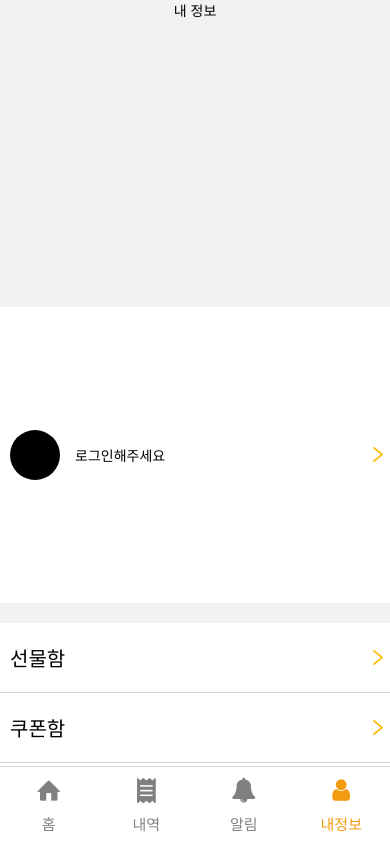
Repository: Unique0902/GachiDutch
Screen: /User
These files come from the project's save history. The screen is drawn as it stood at one moment and after the next save; the edit follows.
The app was drawn by React Native's web renderer in a window 390 px wide. The project was rebuilt for these pictures with package versions that can differ from the ones it lists, and the page was loaded fresh each time. Some packages were replaced by stand-ins written for this rebuild. Also part of the build but not shown: sources/components/lowBar/lowBar.jsx, sources/components/taxi/taxi.jsx, sources/components/alarm/alert.js, sources/components/alarm/alarm.jsx, sources/components/dutch_history/dutch_history.jsx, sources/components/dutchpay_historys/dutchpay_historys.jsx, sources/components/delivery_historys/delivery_historys.jsx, sources/components/taxi_historys/taxi_historys.jsx and 3 more.

Above is the screen before, as saved 2022-11-11 17:01:39.

### App.js
import React from 'react';
import { StyleSheet, Text, View, Image } from 'react-native';
import Home from './sources/components/home/home';
import { NavigationContainer } from '@react-navigation/native';
import { createNativeStackNavigator } from '@react-navigation/native-stack';
import Taxi from './sources/components/taxi/taxi';
import Main from './sources/routes/main/main';
import Login from './sources/routes/login/login';
import HttpClient from './sources/network/http.js';
import ReceiptService from './sources/services/receipt.js';
import Ready from './sources/components/ready/ready';

const Stack = createNativeStackNavigator();
const baseURL = 'https://dutch-server.herokuapp.com';
const httpClient = new HttpClient(baseURL);
const receiptService = new ReceiptService(baseURL);

export default function App() {
  return (
    <>
      <NavigationContainer>
        <Stack.Navigator screenOptions={{ headerShown: false }}>
          <Stack.Screen
            name='Main'
            children={({ navigation, route }) => (
              <Main
                receiptService={receiptService}
                navigation={navigation}
                route={route}
              />
            )}
          />
          <Stack.Screen name='Taxi' component={Taxi} />
          <Stack.Screen name='Login' component={Login} />
          <Stack.Screen name='Ready' component={Ready} />
        </Stack.Navigator>
      </NavigationContainer>
    </>
  );
}

const styles = StyleSheet.create({
  header: {
    flexDirection: 'row',
    alignItems: 'center',
    justifyContent: 'space-between',
    margin: 25,
  },
  main: {},
  container: {
    flex: 1,
    backgroundColor: '#fff',
    alignItems: 'center',
    justifyContent: 'center',
  },
  logo: {
    width: 150,
    height: 30,
  },
});

### sources/components/home/home.jsx
import React, { useRef, useState, useEffect } from 'react';
import {
  StyleSheet,
  Text,
  View,
  Image,
  Button,
  Pressable,
  ScrollView,
  Dimensions,
} from 'react-native';
import { Entypo } from '@expo/vector-icons';
import { FontAwesome } from '@expo/vector-icons';
import { FontAwesome5 } from '@expo/vector-icons';
import LowBar from '../lowBar/lowBar';
import { isLogin, getUid } from '../../services/asyncstorage';
import { StatusBar } from 'react-native';

const Home = ({ login, setLogin, navigation, setUserData, userData }) => {
  const [scrollNum, setScrollNum] = useState(1);
  const windowWidth = Dimensions.get('window').width;
  const statusBarHeight = StatusBar.currentHeight;
  const headerStyle = {
    marginTop: statusBarHeight,
  };
  let advertisementWidth = windowWidth - 40;
  const scrollWidth = parseInt(advertisementWidth);
  let scrollLeft = 0;

  const advertisementStyle = () => {
    return {
      width: advertisementWidth,
    };
  };
  const pageCircleStyle = (num) => {
    if (scrollNum === num) {
      return {
        color: '#FB9700',
      };
    } else {
      return {
        color: '#FFFDD1',
      };
    }
  };
  const scrollRef = useRef();
  return (
    <View style={[styles.home, headerStyle]}>
      <View style={styles.top}>
        <View style={styles.header}>
          <Image
            source={require('../../images/dutch_logo.png')}
            style={styles.logo}
          />
          <Pressable
            onPress={() => {
              navigation.navigate('Ready');
            }}
          >
            <Entypo name='menu' size={35} color='black' />
          </Pressable>
        </View>
        <View style={styles.mainTop}>
          {login ? (
            <View style={styles.onLogin}>
              <Text style={styles.onLoginText}>
                {userData && userData.name}님 반가워요!
              </Text>
            </View>
          ) : (
            <View style={styles.login}>
              <View style={styles.loginTop}>
                <Pressable
                  style={styles.loginBtn}
                  onPress={() =>
                    navigation.navigate('Login', { setLogin, setUserData })
                  }
                >
                  <Text style={[styles.loginText, styles.loginBtnText]}>
                    로그인
                  </Text>
                </Pressable>
                <Text style={styles.loginText}>하시고</Text>
              </View>
              <Text style={styles.loginText}>다양한 혜택을 만나 보세요!</Text>
            </View>
          )}
          <View style={styles.advertisementBox}>
            <ScrollView
              horizontal
              pagingEnabled
              contentContainerStyle={styles.advertisementScroll}
              ref={scrollRef}
              onScroll={(e) => {
                scrollLeft = parseInt(e.nativeEvent.contentOffset.x);
                if (scrollLeft % scrollWidth < 10) {
                  setScrollNum(parseInt(scrollLeft / scrollWidth + 1));
                }
              }}
              scrollEventThrottle={100}
              showsHorizontalScrollIndicator={false}
            >
              <Pressable
                style={[styles.advertisement, advertisementStyle()]}
                onPress={() => {
                  navigation.navigate('Ready');
                }}
              >
                <Image
                  source={require('../../images/advertisement_img.png')}
                  style={styles.advertisementImg}
                />
                <Text style={styles.advertisementText}>
                  같이 더치로{'\n'}편리하게 이용하세요
                </Text>
              </Pressable>
              <Pressable
                style={[styles.advertisement, advertisementStyle()]}
                onPress={() => {
                  navigation.navigate('Ready');
                }}
              >
                <Image
                  source={require('../../images/advertisement_img.png')}
                  style={styles.advertisementImg}
                />
                <Text style={styles.advertisementText}>
                  같이 더치로{'\n'}편리하게 이용하세요
                </Text>
              </Pressable>
              <Pressable
                style={[styles.advertisement, advertisementStyle()]}
                onPress={() => {
                  navigation.navigate('Ready');
                }}
              >
                <Image
                  source={require('../../images/advertisement_img.png')}
                  style={styles.advertisementImg}
                />
                <Text style={styles.advertisementText}>
                  같이 더치로{'\n'}편리하게 이용하세요
                </Text>
              </Pressable>
              <Pressable
                style={[styles.advertisement, advertisementStyle()]}
                onPress={() => {
                  navigation.navigate('Ready');
                }}
              >
                <Image
                  source={require('../../images/advertisement_img.png')}
                  style={styles.advertisementImg}
                />
                <Text style={styles.advertisementText}>
                  같이 더치로{'\n'}편리하게 이용하세요
                </Text>
              </Pressable>
            </ScrollView>
            <View style={styles.pageCircles}>
              <FontAwesome
                style={[styles.pageCircle, pageCircleStyle(1)]}
                name='circle'
                size={10}
                color='white'
              />
              <FontAwesome
                style={[styles.pageCircle, pageCircleStyle(2)]}
                name='circle'
                size={10}
                color='white'
              />
              <FontAwesome
                style={[styles.pageCircle, pageCircleStyle(3)]}
                name='circle'
                size={10}
                color='white'
              />
              <FontAwesome
                style={[styles.pageCircle, pageCircleStyle(4)]}
                name='circle'
                size={10}
                color='white'
              />
            </View>
          </View>
        </View>
      </View>
      <Pressable
        style={styles.event}
        onPress={() => {
          navigation.navigate('Ready');
        }}
      >
        <View>
          <Text style={[styles.eventText, { fontSize: 20 }]}>
            이벤트 {'   '}|
          </Text>
        </View>
        <Text style={[styles.eventText, { fontSize: 15, marginLeft: 20 }]}>
          같이더치 월 결제로 10% 할인받자!
        </Text>
        <Text style={[styles.eventText, { fontSize: 20, marginLeft: 20 }]}>
          {'>'}
        </Text>
      </Pressable>

      <View style={styles.mainBottom}>
        <View style={styles.categories}>
          <View style={styles.topBtns}>
            <View style={styles.btnShadow}>
              <Pressable
                style={styles.goodsBtn}
                onPress={() => {
                  if (login) {
                    navigation.navigate('Taxi', { userData });
                  } else {
                    navigation.navigate('Login', { setLogin, setUserData });
                  }
                }}
              >
                <Image
                  source={require('../../images/taxi_img.png')}
                  style={styles.taxiImg}
                />
                <Text style={[styles.goodText, { marginTop: 20 }]}>택시</Text>
              </Pressable>
            </View>
            <View style={styles.btnShadow}>
              <Pressable
                style={styles.goodsBtn}
                onPress={() => {
                  navigation.navigate('Ready');
                }}
              >
                <Image
                  source={require('../../images/delivery_img.png')}
                  style={styles.taxiImg}
                />
                <Text style={[styles.goodText, { marginTop: 20 }]}>배달</Text>
              </Pressable>
            </View>
          </View>
          <View style={styles.downBtns}>
            <View style={styles.btnShadow}>
              <Pressable
                style={styles.downGoodsBtn}
                onPress={() => {
                  navigation.navigate('Ready');
                }}
              >
                <Image
                  source={require('../../images/taxi_human_img.png')}
                  style={styles.peopleImg}
                />
                <Text
                  style={[styles.goodText, { marginRight: 20, marginLeft: 20 }]}
                >
                  지인끼리
                </Text>
                <Image
                  source={require('../../images/location_img.png')}
                  style={styles.peopleImg}
                />
              </Pressable>
            </View>
          </View>
        </View>
      </View>
    </View>
  );
};

export default Home;

const styles = StyleSheet.create({
  home: {
    flex: 1,
    flexDirection: 'column',
  },
  loginText: {
    paddingVertical: 5,
  },
  header: {
    flexDirection: 'row',
    alignItems: 'center',
    justifyContent: 'space-between',
    margin: 0,
    flex: 1,
  },
  mainTop: {
    flex: 6,
  },
  top: {
    flex: 6,
    padding: 20,
  },
  loginBtn: {},
  login: {
    flex: 2,
    marginTop: 15,
  },
  onLogin: {
    flex: 2,
    marginTop: 15,
  },
  onLoginText: {
    marginTop: 10,
    fontSize: 25,
    fontWeight: '600',
    color: '#444444',
  },
  loginTop: {
    flexDirection: 'row',
    alignItems: 'center',
  },
  loginText: {
    fontSize: 18,
    color: '#444444',
  },
  loginBtnText: {
    color: '#F39910',
    textDecorationLine: 'underline',
    textDecorationStyle: 'solid',
    textDecorationColor: '#000',
  },
  mainBottom: {
    flex: 6,
    padding: 15,
  },
  advertisementScroll: {
    borderRadius: 15,
    position: 'relative',
  },
  advertisementBox: {
    flex: 4,
  },
  advertisement: {
    backgroundColor: '#FBBA00',
    borderRadius: 15,
    position: 'relative',
  },
  advertisementText: {
    color: 'white',
    fontSize: 20,
    fontWeight: '800',
    marginLeft: 30,
    marginTop: 25,
  },
  advertisementImg: {
    width: '100%',
    height: '87%',
    position: 'absolute',
    borderRadius: 20,
    bottom: 0,
  },
  pageCircles: {
    flexDirection: 'row',
    position: 'absolute',
    alignItems: 'center',
    bottom: 4,
    left: 140,
  },
  pageCircle: {
    marginLeft: 3,
    marginRight: 3,
  },
  event: {
    flex: 1,
    backgroundColor: '#3C4451',
    flexDirection: 'row',
    justifyContent: 'center',
    alignItems: 'center',
  },
  categories: {
    flex: 1,
  },
  topBtns: {
    flexDirection: 'row',
    flex: 3,
  },
  downBtns: {
    flex: 2,
  },
  goodsBtn: {
    borderRadius: 20,
    backgroundColor: 'white',
    width: '100%',
    height: '100%',
    alignItems: 'center',
    justifyContent: 'center',
  },
  downGoodsBtn: {
    borderRadius: 20,
    backgroundColor: 'white',
    width: '100%',
    height: '100%',
    flexDirection: 'row',
    justifyContent: 'center',
    alignItems: 'center',
  },
  goodText: {
    fontSize: 20,
    fontWeight: '600',
  },
  btnShadow: {
    flex: 1,
    shadowOffset: {
      width: 0,
      height: 1,
    },
    shadowOpacity: 0.18,
    borderRadius: 20,
    shadowRadius: 1.0,
    elevation: 1,
    margin: 5,
  },
  eventText: {
    color: 'white',
  },
  taxiImg: {
    width: 90,
    height: 90,
  },
  peopleImg: {
    width: 60,
    height: 67,
  },
  logo: {
    width: 150,
    height: 30,
  },
});

### sources/routes/main/main.jsx
import React, { useEffect, useRef, useState } from 'react';
import { View, Button, Text } from 'react-native';
import Home from '../../components/home/home';
import LowBar from '../../components/lowBar/lowBar';
import User from '../../components/user/user';
import Alarm from '../../components/alarm/alarm';
import Receipt from '../../components/receipt/receipt';
import { createBottomTabNavigator } from '@react-navigation/bottom-tabs';
import { Entypo } from '@expo/vector-icons';
import { FontAwesome } from '@expo/vector-icons';
import { FontAwesome5 } from '@expo/vector-icons';
import { isLogin, matchUserData } from '../../services/asyncstorage';

const Tab = createBottomTabNavigator();

const Main = ({ receiptService, navigation, route }) => {
  const [login, setLogin] = useState(false);
  const [userData, setUserData] = useState(null);
  useEffect(() => {
    isLogin().then((result) => {
      if (result) {
        setLogin(true);
        console.log('로그인 되어있음!');
        matchUserData(setUserData);
      } else {
        setLogin(false);
        console.log('로그인 안되어있음!');
      }
    });
  }, [login]);
  return (
    <>
      <View style={{ flex: 14 }}>
        <Tab.Navigator
          screenOptions={({ route }) => ({
            tabBarIcon: ({ color, size }) => {
              if (route.name === 'Home') {
                return <Entypo name='home' size={size} color={color} />;
              } else if (route.name === 'Receipt') {
                return (
                  <FontAwesome5 name='receipt' size={size} color={color} />
                );
              } else if (route.name === 'Alarm') {
                return <FontAwesome name='bell' size={size} color={color} />;
              } else if (route.name === 'User') {
                return <FontAwesome name='user' size={size} color={color} />;
              }
            },
            tabBarStyle: { flex: 0.1 },
            tabBarLabelStyle: {
              fontSize: 15,
              marginBottom: 10,
              fontWeight: '500',
            },
            tabBarActiveTintColor: '#F49A11',
            tabBarInactiveTintColor: 'gray',
            headerShown: false,
          })}
        >
          <Tab.Screen
            name='Home'
            options={({ route, navigation }) => {
              return { tabBarLabel: '홈' };
            }}
            children={({ navigation }) => (
              <Home
                login={login}
                setLogin={setLogin}
                navigation={navigation}
                setUserData={setUserData}
                userData={userData}
              />
            )}
          />
          <Tab.Screen
            name='Receipt'
            options={({ route, navigation }) => {
              return { tabBarLabel: '내역' };
            }}
            children={({ navigation, route }) => (
              <Receipt
                login={login}
                navigation={navigation}
                receiptService={receiptService}
                userData={userData}
                route={route}
              />
            )}
          />
          <Tab.Screen
            options={({ route, navigation }) => {
              return { tabBarLabel: '알림' };
            }}
            name='Alarm'
            children={({ navigation }) => (
              <Alarm login={login} navigation={navigation} />
            )}
          />
          <Tab.Screen
            options={({ route, navigation }) => {
              return { tabBarLabel: '내정보' };
            }}
            name='User'
            children={({ navigation }) => (
              <User
                login={login}
                setLogin={setLogin}
                navigation={navigation}
                setUserData={setUserData}
                userData={userData}
              />
            )}
          />
        </Tab.Navigator>
      </View>
    </>
  );
};

export default Main;

### sources/network/http.js
export default class HttpClient {
  constructor(baseURL) {
    this.baseURL = baseURL;
  }

  async fetch(url, options) {
    const res = await fetch(`${this.baseURL}${url}`, {
      ...options,
      headers: {
        'Content-Type': 'application/json',
        ...options.headers,
      },
    });
    let data;
    try {
      data = await res.json();
    } catch (error) {
      console.error(error);
    }

    if (res.status > 299 || res.status < 200) {
      const message =
        data && data.message ? data.message : 'Something went wrong! 🤪';
      const error = new Error(message);
      throw error;
    }
    return data;
  }
}

### sources/services/receipt.js
export default class ReceiptService {
  constructor(http) {
    this.http = http;
  }

  getTexiHistorys = async (userId) => {
    return await fetch(`${this.http}/receipt/all/${userId}`, {
      method: 'GET',
    });
  };
}

### sources/services/asyncstorage.js
import AsyncStorage from '@react-native-async-storage/async-storage';

export const isLogin = async () => {
  try {
    const loginDatas = await AsyncStorage.getItem('loginDatas');
    console.log(loginDatas);
    if (loginDatas) {
      return true;
    } else {
      return false;
    }
  } catch (e) {
    console.error(e);
  }
};

export const logout = async () => {
  try {
    await AsyncStorage.removeItem('loginDatas');
  } catch (error) {
    console.error(error);
  }
};

export const getRefreshToken = async () => {
  try {
    const loginDatas = await AsyncStorage.getItem('loginDatas');
    if (loginDatas) {
      return JSON.parse(loginDatas).refreshToken;
    }
  } catch (e) {
    console.error(e);
  }
};

export const getUid = async () => {
  try {
    const loginDatas = await AsyncStorage.getItem('loginDatas');
    if (loginDatas) {
      return JSON.parse(loginDatas).uid;
    }
  } catch (e) {
    console.error(e);
  }
};

export const matchUserData = async (setUserData) => {
  try {
    const loginDatas = await AsyncStorage.getItem('loginDatas');
    if (loginDatas) {
      return setUserData(JSON.parse(loginDatas));
    }
  } catch (e) {
    console.error(e);
  }
};

### sources/components/user/user.jsx
import React, { useEffect, useRef, useState } from 'react';
import { StatusBar } from 'react-native';
import {
  StyleSheet,
  Text,
  View,
  Pressable,
  ScrollView,
  Image,
} from 'react-native';
import { AntDesign } from '@expo/vector-icons';
import { isLogin, logout } from '../../services/asyncstorage';

export default function User({
  login,
  setLogin,
  navigation,
  setUserData,
  userData,
}) {
  const statusBarHeight = StatusBar.currentHeight;
  const headerStyle = {
    marginTop: statusBarHeight,
  };
  const onProfilePress = () => {
    console.log('profile pressed');
  };
  const onProfileInfoPress = () => {
    if (login) {
    } else {
      navigation.navigate('Login', { setLogin: setLogin });
    }
  };
  useEffect(() => {
    console.log(login);
  }, []);
  return (
    <View style={styles.container}>
      <View style={[styles.header, headerStyle]}>
        <Text>내 정보</Text>
      </View>
      <Pressable style={styles.profileBtn}>
        <Pressable onPress={onProfilePress}>
          <Image style={styles.profileImage} />
        </Pressable>
        <View style={styles.profileName}>
          {login ? (
            <>
              <Text style={styles.nameText}>{userData && userData.name}</Text>
            </>
          ) : (
            <>
              <Text>로그인해주세요</Text>
            </>
          )}
        </View>
        <AntDesign style={styles.enter} name='right' size={20} />
      </Pressable>
      {/* <Pressable
          style={{
            flexDirection: 'column',
            alignItems: 'flex-end',
            marginBottom: 15,
          }}
        >
          <View style={{ flexDirection: 'row' }}>
            <Text>*** </Text>
            <Text>Point</Text>
            <AntDesign name='right' size={24} color='black' />
          </View>
        </Pressable> */}

      <ScrollView style={styles.menus}>
        {/* <Pressable style={styles.enterMenu}>
          <Text style={styles.menuText}>주문내역</Text>
          <AntDesign name='right' size={24} color='black' />
        </Pressable> */}
        <Pressable style={styles.enterMenu}>
          <Text style={styles.menuText}>선물함</Text>
          <AntDesign style={styles.enter} name='right' size={20} />
        </Pressable>
        <Pressable style={styles.enterMenu}>
          <Text style={styles.menuText}>쿠폰함</Text>
          <AntDesign style={styles.enter} name='right' size={20} />
        </Pressable>
        <Pressable style={styles.enterMenu}>
          <Text style={styles.menuText}>환경설정</Text>
          <AntDesign style={styles.enter} name='right' size={20} />
        </Pressable>
        <Pressable style={styles.enterMenu}>
          <Text style={styles.menuText}>친구목록</Text>
          <AntDesign style={styles.enter} name='right' size={20} />
        </Pressable>
        {login && (
          <Pressable style={styles.logoutBtn}>
            <Text
              style={styles.logoutText}
              onPress={() => {
                logout().then(() => {
                  setLogin(false);
                  console.log('로그아웃됨!');
                  setUserData(null);
                  navigation.navigate('Main', { screen: 'Home' });
                });
              }}
            >
              로그아웃
            </Text>
          </Pressable>
        )}
      </ScrollView>
    </View>
    //내정보
  );
}

const styles = StyleSheet.create({
  container: {
    flex: 1,
  },
  header: {
    fontSize: 22,
    fontWeight: '600',
    flex: 2,
    alignSelf: 'center',
  },
  enterMenu: {
    justifyContent: 'space-between',
    alignItems: 'center',
    flexDirection: 'row',
    padding: 20,
    paddingHorizontal: 10,
    borderBottomColor: 'lightgray',
    borderBottomWidth: 1,
    borderStyle: 'solid',
  },
  menus: {
    flex: 2,
    backgroundColor: 'white',
    marginTop: 20,
  },
  menuText: {
    fontSize: 20,
    fontWeight: '500',
  },
  nameText: {
    fontSize: 20,
    fontWeight: '600',
  },
  profileImage: {
    width: 50,
    height: 50,
    borderRadius: 100,
    backgroundColor: 'black',
  },
  infoArea: {
    flexDirection: 'column',
  },
  infoText: {
    fontSize: 24,
    fontWeight: '500',
  },
  profileBtn: {
    flex: 2,
    marginTop: 20,
    padding: 5,
    paddingHorizontal: 10,
    flexDirection: 'row',
    alignItems: 'center',
    backgroundColor: 'white',
  },
  logoutText: {
    fontSize: 20,
    fontWeight: '500',
    color: 'red',
  },
  profileName: {
    marginLeft: 15,
  },
  enter: {
    position: 'absolute',
    right: 2,
    color: '#FBBA00',
  },
});

Loaded but not shown: index.js (common file)

After the next save:
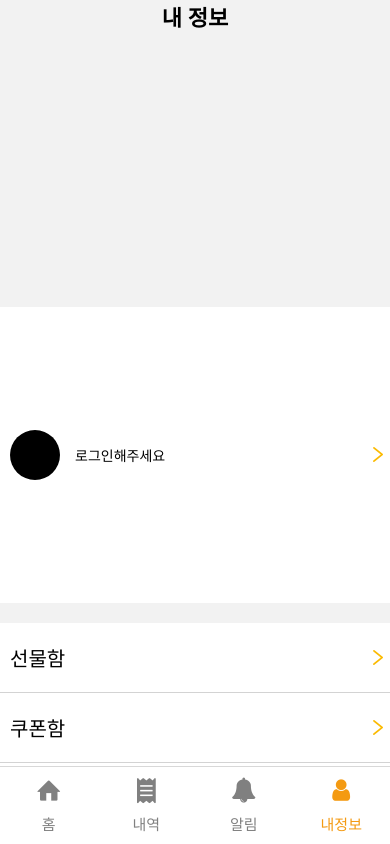
Saved 41 s later.
--- a/sources/components/user/user.jsx
+++ b/sources/components/user/user.jsx
@@ -37,7 +37,7 @@ export default function User({
   return (
     <View style={styles.container}>
       <View style={[styles.header, headerStyle]}>
-        <Text>내 정보</Text>
+        <Text style={styles.headerText}>내 정보</Text>
       </View>
       <Pressable style={styles.profileBtn}>
         <Pressable onPress={onProfilePress}>
@@ -119,9 +119,11 @@ const styles = StyleSheet.create({
     flex: 1,
   },
   header: {
+    flex: 2,
+  },
+  headerText: {
     fontSize: 22,
     fontWeight: '600',
-    flex: 2,
     alignSelf: 'center',
   },
   enterMenu: {
